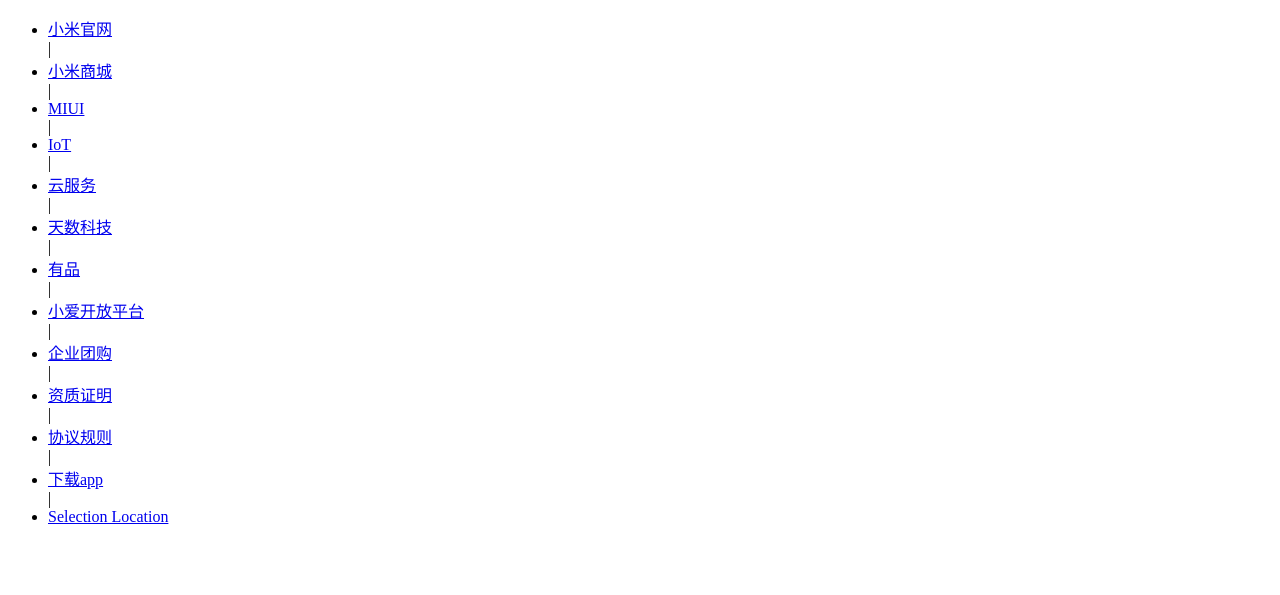
Repository: MonoYan/Mi-Homepage
Page: index.html
These files come from the project's save history. The page is drawn as it stood at one moment and after the next save; the edit follows.
The browser window is 1280 px wide. The pictures show the whole page.

Above is the page before, as saved 2022-11-22 16:17:31.

After the next save:
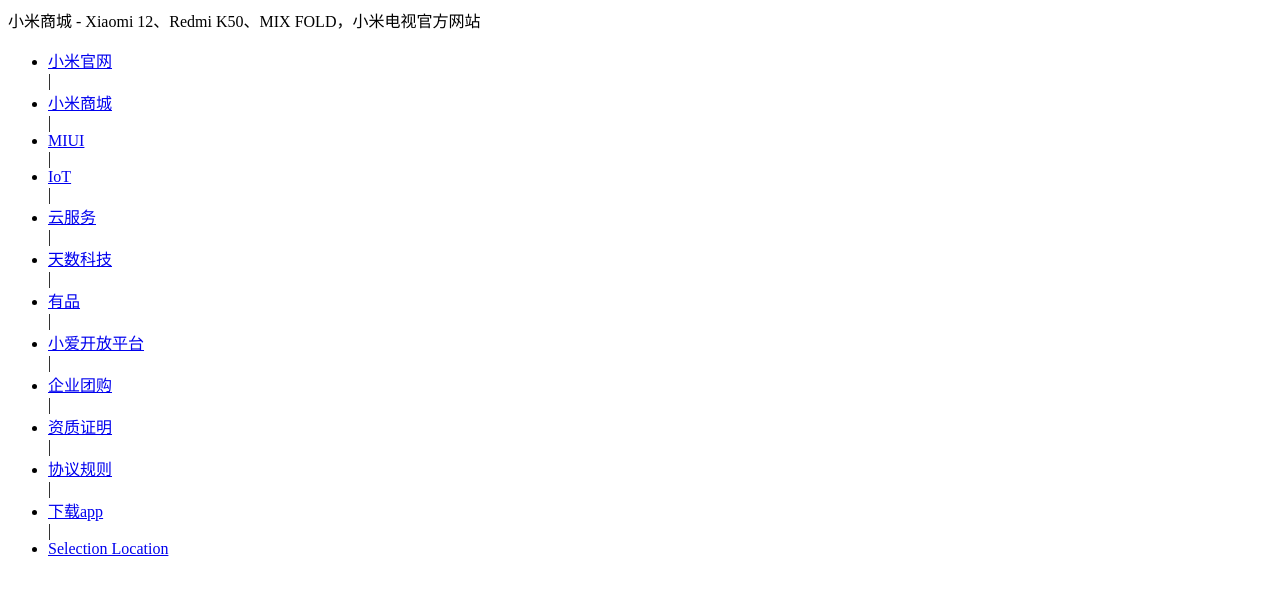
Saved 39 s later.
--- a/index.html
+++ b/index.html
@@ -4,7 +4,7 @@
     <meta charset="UTF-8">
     <meta http-equiv="X-UA-Compatible" content="IE=edge">
     <meta name="viewport" content="width=device-width, initial-scale=1.0">
-    <style type="text/css" url></style>
+    <link rel="stylesheet"
     <title>
         小米商城 - Xiaomi 12、Redmi K50、MIX FOLD，小米电视官方网站
     </title>
